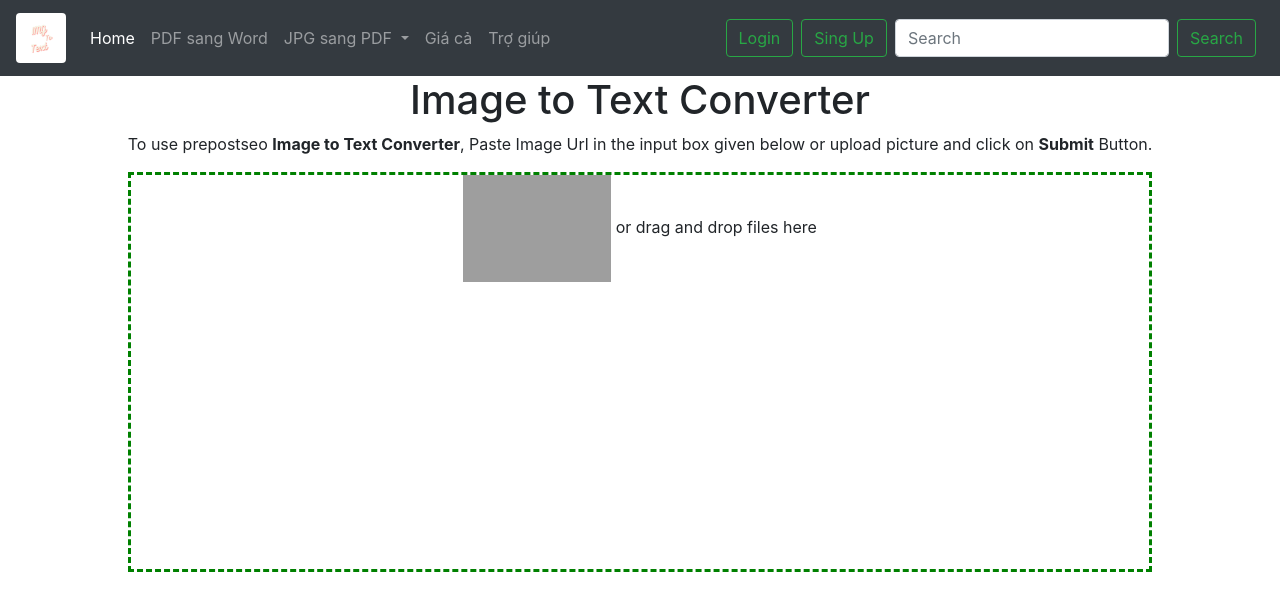
Repository: Tung1227/PBL6-2022
Page: index.html
An editor plug-in stored every save of this project. The page is shown before and after the next save, followed by the edit.
The browser window is 1280 px wide. The pictures show the whole page.
Pictures or frames that could not be fetched are drawn as grey boxes.

Above is the page before, as saved 2022-09-16 20:59:26.

After the next save:
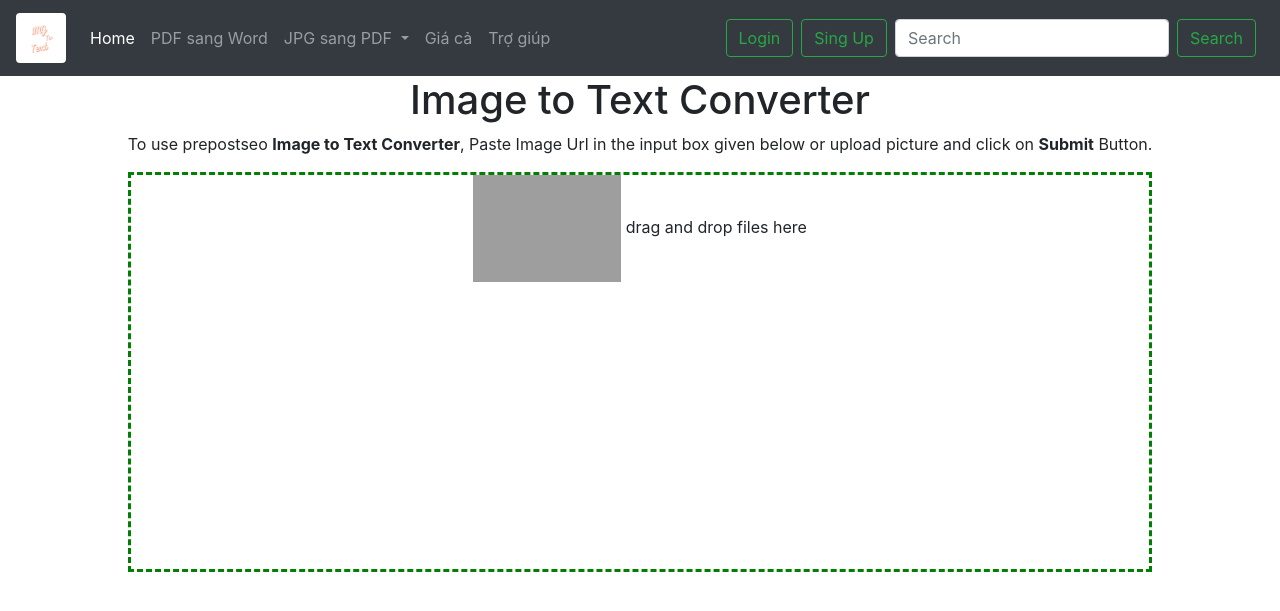
Saved 22 s later.
--- a/index.html
+++ b/index.html
@@ -71,7 +71,7 @@
                             alt="uploader">
                     </span>
                     <!-- <span class="choose-file-button">Choose files</span> -->
-                    <span class="file-message">or drag and drop files here</span>
+                    <span class="file-message">drag and drop files here</span>
                     <input class="file-input" type="file" multiple>
                 </div>
             </div>
